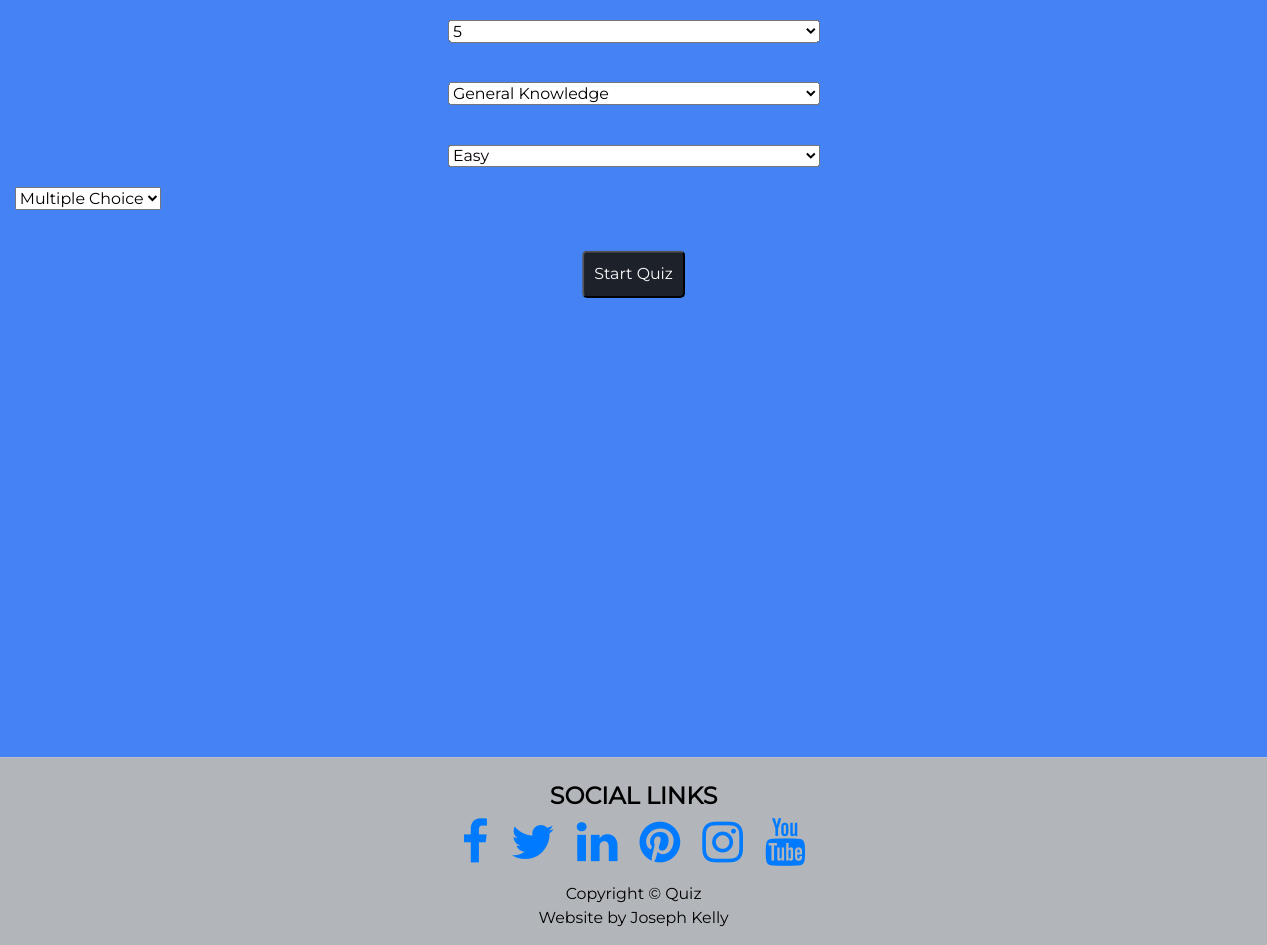
Repository: Code-Institute-Submissions/quiz-1
Page: load.html
The author's editor kept a record of every edit. The page is drawn from the files as they stood at one moment, then again after the next edit.
The browser window is 1280 px wide. The pictures show the whole page, at 99% of full size.

Above is the page before.

### load.html
<!DOCTYPE html>
<html lang="en">

<head>
    <meta charset="UTF-8">
    <meta name="viewport" content="width=device-width, initial-scale=1.0">
    <meta http-equiv="X-UA-Compatible" content="ie=edge">
    <link rel="stylesheet" href="https://stackpath.bootstrapcdn.com/bootstrap/4.4.1/css/bootstrap.min.css" type="text/css" />
    <link rel="stylesheet" href="https://stackpath.bootstrapcdn.com/font-awesome/4.7.0/css/font-awesome.min.css" type="text/css" />
    <link href="https://fonts.googleapis.com/css2?family=Montserrat&display=swap" rel="stylesheet">
    <link rel="stylesheet" href="assets/css/style.css" type="text/css" />
    <script src="https://cdnjs.cloudflare.com/ajax/libs/jquery/3.5.0/jquery.min.js" integrity="sha256-xNzN2a4ltkB44Mc/Jz3pT4iU1cmeR0FkXs4pru/JxaQ=" crossorigin="anonymous"></script>
    <script src="assets/js/modal-timer.js"></script>
    <script src="assets/js/api-value.js"></script>
    <title>Quiz</title>
</head>

<body>
    <div class="container-fluid home">
        <div>

            <select class="select-amount" id="amount" onchange="apiValues()">
                <option data-amount="5">5</option>
                <option data-amount="10">10</option>
                <option data-amount="15">15</option>
                <option data-amount="20">20</option>
            </select>
            <select class="select-category" id="category" onchange="apiValues();">
                <option data-category="9">General Knowledge</option>
                <option data-category="10">Books</option>
                <option data-category="11">Films</option>
                <option data-category="12">Music</option>
                <option data-category="13">Musicals</option>
                <option data-category="14">Television</option>
                <option data-category="15">Video Games</option>
                <option data-category="16">Board Games</option>
                <option data-category="17">Science & Nature</option>
                <option data-category="18">Computers</option>
                <option data-category="19">Mathematics</option>
                <option data-category="20">Mythology</option>
                <option data-category="21">Sports</option>
                <option data-category="22">Geography</option>
                <option data-category="23">History</option>
                <option data-category="24">Politics</option>
                <option data-category="25">Art</option>
                <option data-category="26">Celebrities</option>
                <option data-category="27">Animals</option>
                <option data-category="28">Vehicles</option>
            </select>
            <select class="select-difficulty" id="difficulty" onchange="apiValues();">
                <option data-difficulty="easy">Easy</option>
                <option data-difficulty="medium">Medium</option>
                <option data-difficulty="hard">Hard</option>
            </select>
            <select class="select-type" id="type" onchange="apiValues();">
                <option data-type="multiple">Multiple Choice</option>
                <option data-type="boolean">True/False</option>
            </select>
        </div>
        <div class="container-fluid load">
            <button type="button" onclick="timeDelay();" class="load-button" data-toggle="modal" data-target="#exampleModalCenter">
                  Start Quiz
            </button>
            <div class="modal fade" id="exampleModalCenter" tabindex="-1" role="dialog"  aria-hidden="true">
                <div class="modal-dialog modal-dialog-centered" role="document">
                    <div class="modal-content">
                        <div class="modal-header">
                            <h5>Quiz Starts in</h5>
                        </div>
                        <div class="modal-body">
                            <div class="countdown">
                                <div class="square">
                                    <div class="digits" id="cd-sec">00</div>
                                </div>
                            </div>
                        </div>
                    </div>
                </div>
            </div>
        </div>
    </div>
    <footer class="container-fluid">
        <div id="footer-details" class="row">
            <div class="col-sm">
                <h4 class="uppercase footer-info">Social Links</h4>
                <ul class="list-inline social-links">
                    <li class="list-inline-item">
                        <a target="_blank" href="#">
                            <i class="fa fa-facebook fa-3x" aria-hidden="true"></i>
                            <span class="sr-only">Facebook</span>
                        </a>
                    </li>
                    <li class="list-inline-item">
                        <a target="_blank" href="#">
                            <i class="fa fa-twitter fa-3x" aria-hidden="true"></i>
                            <span class="sr-only">Twitter</span>
                        </a>
                    </li>
                    <li class="list-inline-item">
                        <a target="_blank" href="#">
                            <i class="fa fa-linkedin fa-3x" aria-hidden="true"></i>
                            <span class="sr-only">LinkedIn</span>
                        </a>
                    </li>
                    <li class="list-inline-item">
                        <a target="_blank" href="#">
                            <i class="fa fa-pinterest fa-3x" aria-hidden="true"></i>
                            <span class="sr-only">pinterest</span>
                        </a>
                    </li>
                    <li class="list-inline-item">
                        <a target="_blank" href="#">
                            <i class="fa fa-instagram fa-3x" aria-hidden="true"></i>
                            <span class="sr-only">Instagram</span>
                        </a>
                    </li>
                    <li class="list-inline-item">
                        <a target="_blank" href="#">
                            <i class="fa fa-youtube fa-3x" aria-hidden="true"></i>
                            <span class="sr-only">Youtube</span>
                        </a>
                    </li>
                </ul>
                <div class="copyright">
                    <p>Copyright &#169; Quiz<br>Website by Joseph Kelly</p>
                </div>
            </div>
        </div>
    </footer>
    <script src="https://code.jquery.com/jquery-3.3.1.slim.min.js" integrity="sha384-q8i/X+965DzO0rT7abK41JStQIAqVgRVzpbzo5smXKp4YfRvH+8abtTE1Pi6jizo" crossorigin="anonymous"></script>
    <script src="https://cdnjs.cloudflare.com/ajax/libs/popper.js/1.14.7/umd/popper.min.js" integrity="sha384-UO2eT0CpHqdSJQ6hJty5KVphtPhzWj9WO1clHTMGa3JDZwrnQq4sF86dIHNDz0W1" crossorigin="anonymous"></script>
    <script src="https://stackpath.bootstrapcdn.com/bootstrap/4.3.1/js/bootstrap.min.js" integrity="sha384-JjSmVgyd0p3pXB1rRibZUAYoIIy6OrQ6VrjIEaFf/nJGzIxFDsf4x0xIM+B07jRM" crossorigin="anonymous"></script>
</body>
</html>

### assets/css/style.css
body {
  font-family: 'Montserrat', sans-serif;
}



/*--------------------------- home --------------- */

.home {
  background-color: #4582F4;
  height: 765px;
}

.info {
  font-family: 'Montserrat', sans-serif;
  text-align: center;
  padding-top: 40px;
  width: 50%;
  margin: auto;
}

.load {
  display: flex;
  justify-content: center;
  align-items: center;
  padding-top: 40px;
  padding-bottom: 40px;
}

.load-button {
  background-color: #1D2129;
  webkit-appearance: button;
  -moz-appearance: button;
  appearance: button;

  text-decoration: none;
  color: #fafafa;
  padding: 10px;
  border-radius: 5px;
}

/*--------------------------- animation --------------- */

.quiz-time {
  text-align: center;
  padding-top: 100px;
  width: 100vw;
  font-family: 'Montserrat', sans-serif;
  display: flex;
  justify-content: center;
  align-items: center;
  margin: -20px;
}

h1 span {
  position: relative;
  top: 20px;
  display: inline-block;
  -webkit-animation: bounce 0.3s ease infinite alternate;
  font-size: 100px;
  color: #fff;
  text-shadow: 0 1px 0 #ccc, 0 2px 0 #ccc, 0 3px 0 #ccc, 0 4px 0 #ccc,
  0 5px 0 #ccc, 0 6px 0 transparent, 0 7px 0 transparent, 0 8px 0 transparent,
  0 9px 0 transparent, 0 10px 10px rgba(0, 0, 0, 0.4);
}

h1 span:nth-child(2) {
  -webkit-animation-delay: 0.1s;
}

h1 span:nth-child(3) {
  -webkit-animation-delay: 0.2s;
}

h1 span:nth-child(4) {
  -webkit-animation-delay: 0.3s;
}

h1 span:nth-child(5) {
  -webkit-animation-delay: 0.4s;
}

h1 span:nth-child(6) {
  -webkit-animation-delay: 0.5s;
}

h1 span:nth-child(7) {
  -webkit-animation-delay: 0.6s;
}

h1 span:nth-child(8) {
  -webkit-animation-delay: 0.2s;
}

h1 span:nth-child(9) {
  -webkit-animation-delay: 0.3s;
}

h1 span:nth-child(10) {
  -webkit-animation-delay: 0.4s;
}

h1 span:nth-child(11) {
  -webkit-animation-delay: 0.5s;
}

h1 span:nth-child(12) {
  -webkit-animation-delay: 0.6s;
}

h1 span:nth-child(13) {
  -webkit-animation-delay: 0.7s;
}

h1 span:nth-child(14) {
  -webkit-animation-delay: 0.8s;
}

/* ANIMATION */

@-webkit-keyframes bounce {
  100% {
    top: -20px;
    text-shadow: 0 1px 0 #ccc, 0 2px 0 #ccc, 0 3px 0 #ccc, 0 4px 0 #ccc,
    0 5px 0 #ccc, 0 6px 0 #ccc, 0 7px 0 #ccc, 0 8px 0 #ccc, 0 9px 0 #ccc,
    0 50px 25px rgba(0, 0, 0, 0.2);
  }
}

/*--------------------------- footer --------------- */

footer {
  color: #fafafa;
  padding-top: 25px;
  background-color: #B2B5B9;
  display: inline-block;
}

.footer-info {
  font-weight: bold;
  text-align: center;
  color: #000000;
}

.list-inline-item {
  margin-left: 10px;
  margin-right: 10px;
}

.uppercase {
  text-transform: uppercase;
}

.social-links {
  text-align: center;
  color: #000000;
}

.copyright {
  text-align: center;
  color: #000000;
}

/*--------------------------- Quiz Loading --------------- */

.select-amount {
  width: 30%;
  margin-top: 20px;
  margin-bottom: 20px;
  margin-right: 35%;
  margin-left: 35%;
}

.select-category {
  width: 30%;
  margin-top: 20px;
  margin-bottom: 20px;
  margin-right: 35%;
  margin-left: 35%;
}

.select-difficulty {
  width: 30%;
  margin-top: 20px;
  margin-bottom: 20px;
  margin-right: 35%;
  margin-left: 35%;
}

.username {
  width: 30%;
  margin-top: 200px;
  margin-bottom: 20px;
  margin-right: 35%;
  margin-left: 35%;
}

/*--------------------------- timer --------------- */

.countdown {
  margin: 0 auto;
  max-width: 350px;
  background: #ff0000;
  font-family: Impact, Charcoal, sans-serif;
  text-align: center;
}

.countdown .header {
  color: #c61d1d;
  text-align: center;
  font-weight: normal;
  margin: 5px 0 10px 0;
}

.countdown .square {
  display: inline-block;
  padding: 10px;
  margin: 5px;
}

.countdown .digits {
  font-size: 24px;
  background: #fff;
  color: #000;
  padding: 20px 10px;
  border-radius: 5px;
}

.countdown .text {
  margin-top: 10px;
  color: #ddd;
}

/*--------------------------- quiz page --------------- */

.btn {
  color: #000000;
}

.mute-button {
  margin-top: 20px;
  float: right;
}

.countdown-quiz {
  margin: 0 auto;
  max-width: 350px;
  background: #ff0000;
  font-family: Impact, Charcoal, sans-serif;
  text-align: center;
  clear: both;
}

.countdown-quiz .header {
  color: #c61d1d;
  text-align: center;
  font-weight: normal;
  margin: 5px 0 10px 0;
}

.countdown-quiz .square {
  display: inline-block;
  padding: 10px;
  margin: 5px;
}

.countdown-quiz .digits {
  font-size: 24px;
  background: #fff;
  color: #000;
  padding: 20px 10px;
  border-radius: 5px;
}

.countdown-quiz .text {
  margin-top: 10px;
  color: #ddd;
}

.carousel-item{
    height: 400px;
}

#question-1,
#question-2,
#question-3,
#question-4,
#question-5,
#question-6,
#question-7,
#question-8,
#question-9,
#question-10,
#question-11,
#question-12,
#question-13,
#question-14,
#question-15,
#question-16,
#question-17,
#question-18,
#question-19,
#question-20 {
  padding-top: 20px;
  text-align: center;
}

#answers-1,
#answers-2,
#answers-3,
#answers-4,
#answers-5,
#answers-6,
#answers-7,
#answers-8,
#answers-9,
#answers-10,
#answers-11,
#answers-12,
#answers-13,
#answers-14,
#answers-15,
#answers-16,
#answers-17,
#answers-18,
#answers-19,
#answers-20 {
  padding-top: 20px;
  text-align: center;
  margin: auto;
  width: 70%;
}



/*--------------------------- Leaderboard page --------------- */

.leaderboard-title {
  text-align: center;
  width: 30%;
  margin-left: auto;
  margin-right: auto;
  padding-top: 30px;
}

.modal-title {
  text-align: center;
}

table {
  margin-top: 40px;
  margin-left: auto;
  margin-right: auto;
}

table,
th,
td {
  border: solid 1px black;
  background-color: white;
  text-align: center;
  width: 30%;
}

.modal-heading {
  text-align: center;
  margin-top: 8px;
  border-bottom: solid 1px;
}

.modal-form {
  text-align: center;
  margin-top: 8px;
  margin-bottom: 8px;

}

#scorePercent {
  text-align: center;
  margin-top: 8px;
}

#footer-btns {
  text-align: center;
  margin-bottom: 10px;
}

### assets/js/modal-timer.js
var counter = {};
window.addEventListener("click", function () {
  // COUNTDOWN IN SECONDS
  // EXAMPLE - 5 MINS = 5 X 60 = 300 SECS
  counter.end = 6;

  // Get the containers
  counter.sec = document.getElementById("cd-sec");

  // Start if not past end date
  if (counter.end > 0) {
    counter.ticker = setInterval(function(){
      // Stop if passed end time
      counter.end--;
      if (counter.end <= 0) {
        clearInterval(counter.ticker);
        counter.end = 0;
      }

      // Calculate remaining time
      var secs = counter.end;
      var mins  = Math.floor(secs / 60); // 1 min = 60 secs
      secs -= mins * 60;

      // Update HTML
      counter.sec.innerHTML = secs;
    }, 1000);
  }
});

### assets/js/api-value.js
var amount;
var category;
var difficulty;
var type;

function apiValues() {

    amount = $("#amount option:selected").data("amount");
    category = $("#category option:selected").data("category");
    difficulty = $("#difficulty option:selected").data("difficulty");
    type = $("#type option:selected").data("type");

    sessionStorage.setItem('amount', amount);
    sessionStorage.setItem('amount', amount);
    sessionStorage.setItem('amount', amount);
    sessionStorage.setItem('amount', amount);


    console.log(amount);
    console.log(category);
    console.log(difficulty);
    console.log(type);
}

function timeDelay() {
    setTimeout(function() {

        window.location.href = "quiz.html";

    }, 6000);
}

After the next edit:
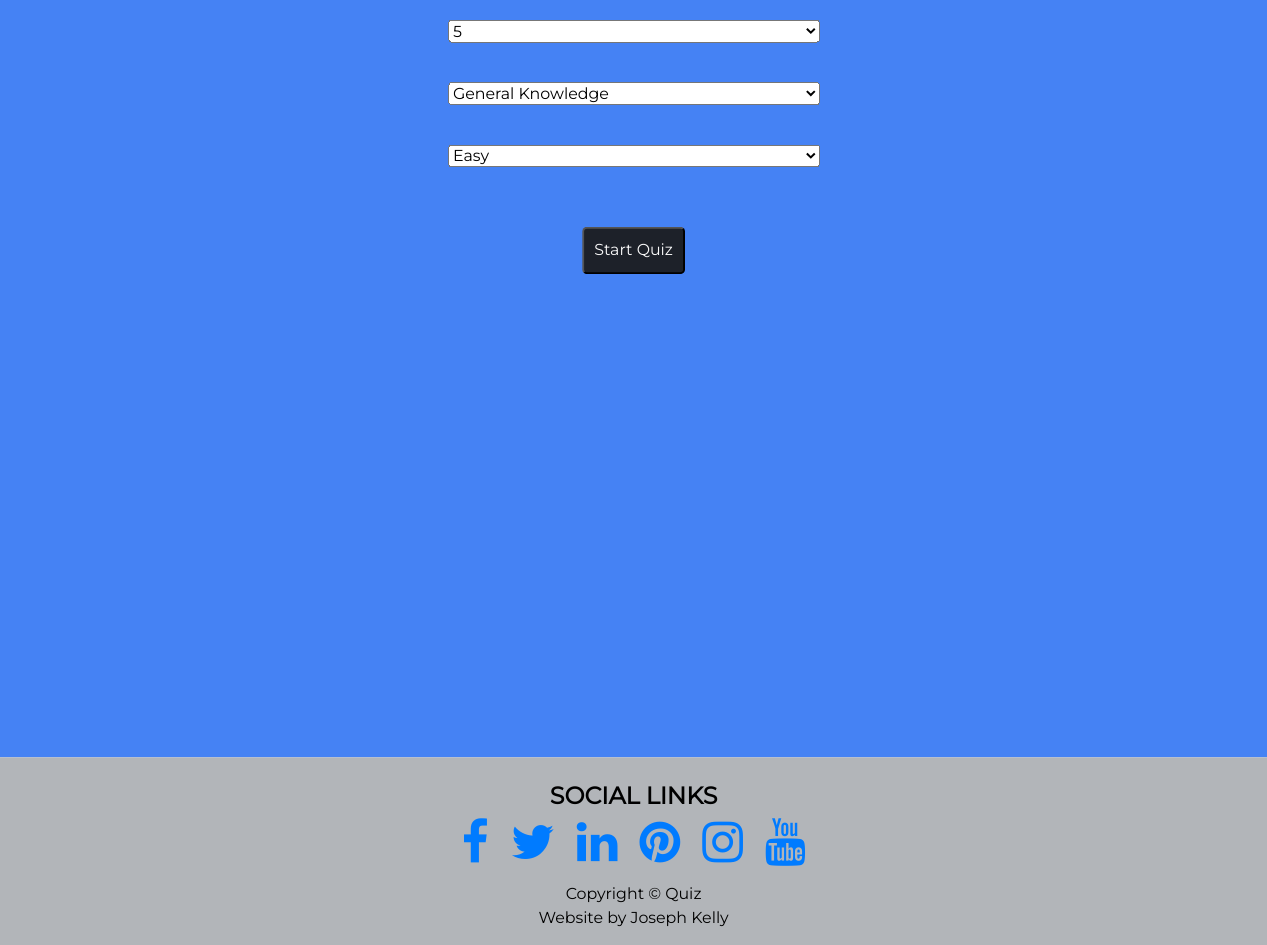
The edit:
--- a/load.html
+++ b/load.html
@@ -51,10 +51,6 @@
                 <option data-difficulty="easy">Easy</option>
                 <option data-difficulty="medium">Medium</option>
                 <option data-difficulty="hard">Hard</option>
-            </select>
-            <select class="select-type" id="type" onchange="apiValues();">
-                <option data-type="multiple">Multiple Choice</option>
-                <option data-type="boolean">True/False</option>
             </select>
         </div>
         <div class="container-fluid load">
